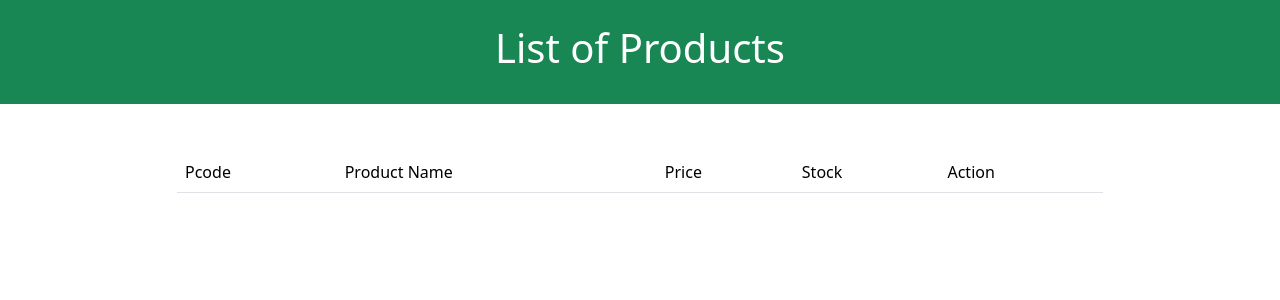
Repository: igatecomputereducation/classes
Page: http://localhost/spring-mvc-project/dispproducts
The author's editor kept a copy of each file at every save. The page is drawn from the files as they stood at one save, then again after the next save.
The browser window is 1280 px wide. The pictures show the whole page.
The page is served by Tomcat 9. Queries for data that is not in the repository find no rows.

Above is the page before, as saved 2024-02-27 05:09:12.

### spring-mvc-project/spring-mvc-project/src/main/webapp/WEB-INF/spring-config.xml
<?xml version="1.0" encoding="UTF-8"?>
<beans xmlns="http://www.springframework.org/schema/beans"
	xmlns:p="http://www.springframework.org/schema/p"
	xmlns:util="http://www.springframework.org/schema/util"
	xmlns:xsi="http://www.w3.org/2001/XMLSchema-instance"
	xmlns:context="http://www.springframework.org/schema/context"
	xmlns:mvc="http://www.springframework.org/schema/mvc"

	xsi:schemaLocation="
        http://www.springframework.org/schema/beans
        http://www.springframework.org/schema/beans/spring-beans.xsd
         http://www.springframework.org/schema/util
         http://www.springframework.org/schema/util/spring-util.xsd
        http://www.springframework.org/schema/context
        http://www.springframework.org/schema/context/spring-context.xsd
        http://www.springframework.org/schema/mvc
        http://www.springframework.org/schema/mvc/spring-mvc.xsd
        ">

	<context:annotation-config/>
	<context:component-scan	base-package="com.igate" />

	<mvc:annotation-driven/>
	<mvc:resources location="/WEB-INF/resources/" mapping="/assets/**">

	</mvc:resources>

	<bean name="viewResolver" class="org.springframework.web.servlet.view.InternalResourceViewResolver">
		<property name="prefix" value="/WEB-INF/views/"></property>
		<property name="suffix" value=".jsp"></property>
	</bean>

	<bean name="dmds" class="org.springframework.jdbc.datasource.DriverManagerDataSource">
		<property name="driverClassName" value="com.mysql.jdbc.Driver"></property>
		<property name="url" value="jdbc:mysql://localhost:3306/opentrade"></property>
		<property name="username" value="root"></property>
		<property name="password" value=""></property>
	</bean>

	<bean name="jtemp" class="org.springframework.jdbc.core.JdbcTemplate">
		<property name="dataSource" ref="dmds"></property>
	</bean>

	<bean name="dao" class="com.igate.DaoImpl">
		<property name="jt" ref="jtemp"></property>
	</bean>


</beans>

### spring-mvc-project/spring-mvc-project/src/main/webapp/WEB-INF/views/dispproducts.jsp
<%@ page language="java" contentType="text/html; charset=ISO-8859-1"
    pageEncoding="ISO-8859-1" import="java.util.*,com.igate.*"%>
<!DOCTYPE html>
<html lang="en">
<head>
    <meta charset="UTF-8">
    <meta name="viewport" content="width=device-width, initial-scale=1.0">
    <title>Document</title>
    <link href="https://cdn.jsdelivr.net/npm/bootstrap@5.3.3/dist/css/bootstrap.min.css" rel="stylesheet" integrity="sha384-QWTKZyjpPEjISv5WaRU9OFeRpok6YctnYmDr5pNlyT2bRjXh0JMhjY6hW+ALEwIH" crossorigin="anonymous">
</head>
<body>
	<%
	    List<Products>	lst=(List)request.getAttribute("lst");

	%>


    <div class="bg-success p-4 text-center text-white">
        <h1>List of Products</h1>
    </div>

    <div class="container">
        <div class="row">
            <div class="col-md-1">
            </div>
            <div class="col-md-10">


                    <table class="table mt-5">
                        <tr class="bg-success text-white">
                            <td>Pcode</td>
                            <td>Product Name</td>
                            <td>Price</td>
                            <td>Stock</td>
                            <td>Action</td>
                        </tr>

  <%
  						for(Products p:lst)
  						{
  							out.println("<tr>");
  							out.println("<td>"+p.getPcode()+"</td>");
  							out.println("<td>"+p.getPname()+"</td>");
  							out.println("<td>"+p.getPrice()+"</td>");
  							out.println("<td>"+p.getStock()+"</td>");
  							out.println("<td></td>");
  							out.println("</tr>");

  						}
    %>


                    </table>


            </div>
            <div class="col-md-1">
            </div>
        </div>

    </div>
    <script src="https://cdn.jsdelivr.net/npm/bootstrap@5.3.3/dist/js/bootstrap.bundle.min.js" integrity="sha384-YvpcrYf0tY3lHB60NNkmXc5s9fDVZLESaAA55NDzOxhy9GkcIdslK1eN7N6jIeHz" crossorigin="anonymous"></script>
</body>
</html>

### spring-mvc-project/spring-mvc-project/src/main/java/com/igate/MyController.java
package com.igate;

import org.springframework.beans.factory.annotation.Autowired;
import org.springframework.stereotype.Component;
import org.springframework.stereotype.Controller;
import org.springframework.web.bind.annotation.RequestMapping;
import org.springframework.web.bind.annotation.RequestMethod;
import org.springframework.web.bind.annotation.RequestParam;
import org.springframework.web.servlet.ModelAndView;

@Controller
public class MyController {

	@Autowired
	private DaoImpl daoimpl;

	@RequestMapping("/test")
	public String getTest() {
		String sql="insert into products values(1003,'Garden chair',1000,20)";
		daoimpl.insertProducts(sql);
		return "test";
	}

	@RequestMapping("/crproducts")
	public String products_crproducts() {
		return "crproducts";
	}

	@RequestMapping(path="/dbcrproducts",method=RequestMethod.POST)
	public String products_dbcrproducts(@RequestParam("pcode")int pcode,@RequestParam("pname")String pname,@RequestParam("price")float price,@RequestParam("stock")int stock) {
		String qry=String.format("insert into products values(%d,'%s',%f,%d)", pcode,pname,price,stock);
		daoimpl.insertProducts(qry);
		return "dispproducts";
	}

	@RequestMapping("/dispproducts")
	public ModelAndView products_dispproducts() {
		ModelAndView m=new ModelAndView();
		m.addObject("lst",daoimpl.getProducts());
		m.setViewName("dispproducts");
		return m;
	}



}

### spring-mvc-project/spring-mvc-project/src/main/java/com/igate/DaoImpl.java
package com.igate;

import java.util.List;

import org.springframework.jdbc.core.JdbcTemplate;
import org.springframework.stereotype.Component;

public class DaoImpl {
	private JdbcTemplate jt;

	public void setJt(JdbcTemplate jt) {
		this.jt = jt;
	}

	public void insertProducts(String qry) {
		jt.update(qry);
	}

	public List<Products> getProducts(){
		String qry="select * from products";
		List<Products> list=jt.query(qry, new RowMapperImpl());
		return list;
	}

}

### spring-mvc-project/spring-mvc-project/src/main/java/com/igate/Products.java
package com.igate;
public class Products {
	private int pcode;
	private String pname;
	private float price;
	private int stock;
	public int getPcode() {
		return pcode;
	}
	public void setPcode(int pcode) {
		this.pcode = pcode;
	}
	public String getPname() {
		return pname;
	}
	public void setPname(String pname) {
		this.pname = pname;
	}
	public float getPrice() {
		return price;
	}
	public void setPrice(float price) {
		this.price = price;
	}
	public int getStock() {
		return stock;
	}
	public void setStock(int stock) {
		this.stock = stock;
	}

}

### spring-mvc-project/spring-mvc-project/src/main/java/com/igate/RowMapperImpl.java
package com.igate;

import java.sql.ResultSet;
import java.sql.SQLException;

import org.springframework.jdbc.core.RowMapper;

public class RowMapperImpl implements RowMapper<Products>{

	@Override
	public Products mapRow(ResultSet rs, int rowNum) throws SQLException {
		Products p=new Products();
		p.setPcode(rs.getInt(1));
		p.setPname(rs.getString(2));
		p.setPrice(rs.getFloat(3));
		p.setStock(rs.getInt(4));
		return p;
	}

}

After the next save:
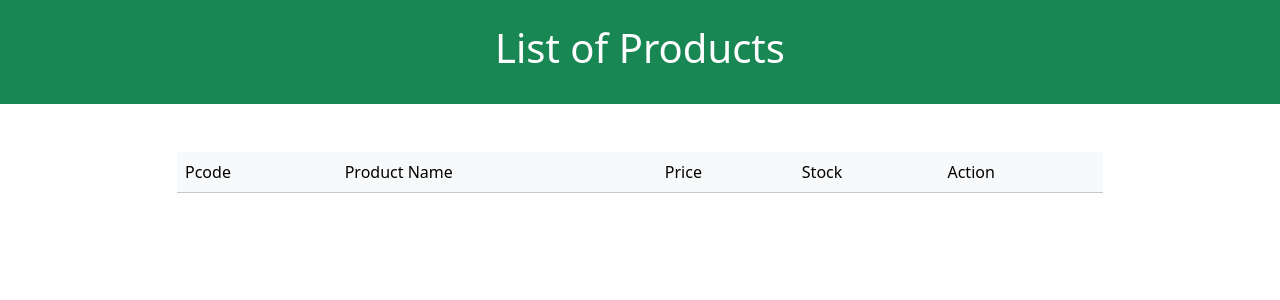
Saved 21 s later.
--- a/spring-mvc-project/spring-mvc-project/src/main/webapp/WEB-INF/views/dispproducts.jsp
+++ b/spring-mvc-project/spring-mvc-project/src/main/webapp/WEB-INF/views/dispproducts.jsp
@@ -26,7 +26,7 @@
             <div class="col-md-10">
 
 
-                    <table class="table mt-5">
+                    <table class="table table-light mt-5">
                         <tr class="bg-success text-white">
                             <td>Pcode</td>
                             <td>Product Name</td>
